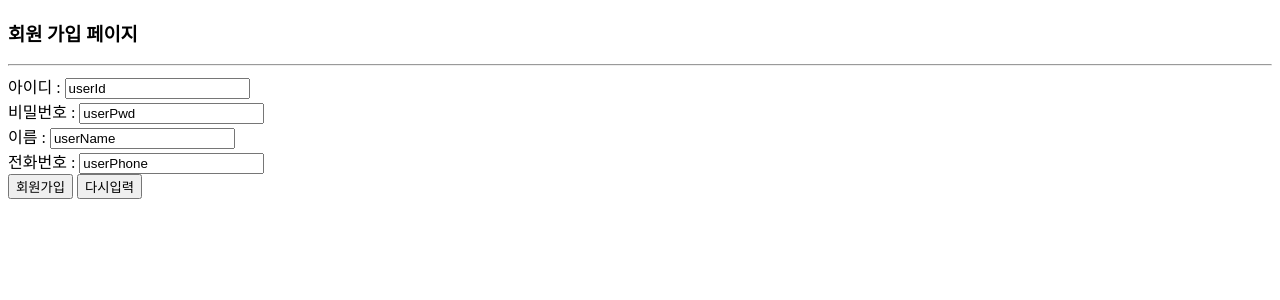
Repository: totesbk/JSP-
Page: http://localhost/web08/ex04_loginForm.jsp
An editor plug-in stored every save of this project. The page is shown before and after the next save, followed by the edit.
The browser window is 1280 px wide. The pictures show the whole page.
The page is served by Tomcat 9.

Above is the page before, as saved 2020-10-12 08:36:54.

### web08/WebContent/ex04_loginForm.jsp
<%@ page language="java" contentType="text/html; charset=UTF-8"
    pageEncoding="UTF-8"%>
<!DOCTYPE html>
<html>
<head>
<meta charset="UTF-8">
<title>Insert title here</title>
</head>
<body>
<h3>회원 가입 페이지</h3>
<hr>
<form action="ex04_signIn.jsp" method="POST">
	<label for="userId">아이디 : </label>
	<input type="text" name="userId" value="userId"><br>
	<label for="userId">비밀번호 : </label>
	<input type="text" name="userId" value="userPwd"><br>
	<label for="userId">이름 : </label>
	<input type="text" name="userId" value="userName"><br>
	<label for="userId">전화번호 : </label>
	<input type="text" name="userId" value="userPhone"><br>
	<input type="submit" value="회원가입">
	<input type="reset" value="다시입력">
</form>
</body>
</html>

After the next save:
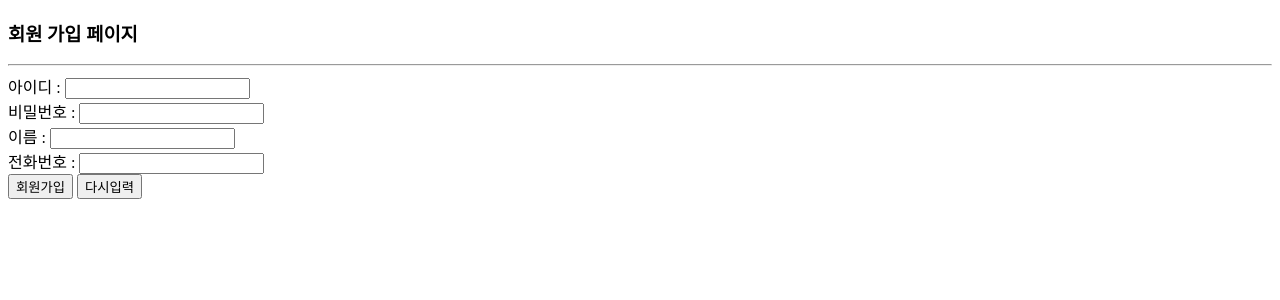
Saved 43 s later.
--- a/web08/WebContent/ex04_loginForm.jsp
+++ b/web08/WebContent/ex04_loginForm.jsp
@@ -11,13 +11,13 @@
 <hr>
 <form action="ex04_signIn.jsp" method="POST">
 	<label for="userId">아이디 : </label>
-	<input type="text" name="userId" value="userId"><br>
-	<label for="userId">비밀번호 : </label>
-	<input type="text" name="userId" value="userPwd"><br>
-	<label for="userId">이름 : </label>
-	<input type="text" name="userId" value="userName"><br>
-	<label for="userId">전화번호 : </label>
-	<input type="text" name="userId" value="userPhone"><br>
+	<input type="text" name="userId"><br>
+	<label for="userPwd">비밀번호 : </label>
+	<input type="password" name="userId"><br>
+	<label for="userName">이름 : </label>
+	<input type="text" name="userId"><br>
+	<label for="userPhone">전화번호 : </label>
+	<input type="text" name="userId"><br>
 	<input type="submit" value="회원가입">
 	<input type="reset" value="다시입력">
 </form>
